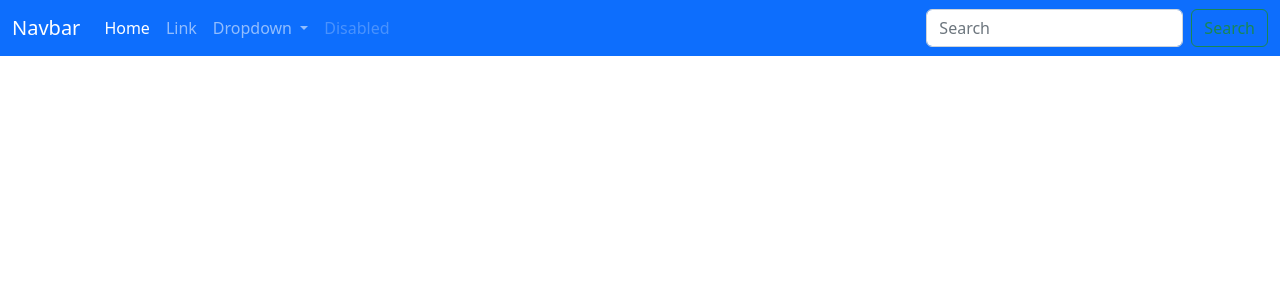
Repository: leosulzbach/Aula
Page: Bootstrap/bootstrap.html
The author's editor kept a copy of each file at every save. The page is drawn from the files as they stood at one save, then again after the next save.
The browser window is 1280 px wide. The pictures show the whole page.

Above is the page before, as saved 2022-05-26 13:46:20.

### Bootstrap/bootstrap.html
<!DOCTYPE html>
<html lang="PT-BR">
<head>
    <meta charset="UTF-8">
    <meta http-equiv="X-UA-Compatible" content="IE=edge">
    <meta name="viewport" content="width=device-width, initial-scale=1.0">
    <link href="https://cdn.jsdelivr.net/npm/bootstrap@5.2.0-beta1/dist/css/bootstrap.min.css" rel="stylesheet" integrity="sha384-0evHe/X+R7YkIZDRvuzKMRqM+OrBnVFBL6DOitfPri4tjfHxaWutUpFmBp4vmVor" crossorigin="anonymous">
    <script src="https://cdn.jsdelivr.net/npm/bootstrap@5.2.0-beta1/dist/js/bootstrap.bundle.min.js" integrity="sha384-pprn3073KE6tl6bjs2QrFaJGz5/SUsLqktiwsUTF55Jfv3qYSDhgCecCxMW52nD2" crossorigin="anonymous"></script>
    <title>Bootstrap</title>
</head>
<body>
    <nav class="navbar navbar-expand-lg navbar-dark bg-primary">
        <div class="container-fluid">
          <a class="navbar-brand" href="#">Navbar</a>
          <button class="navbar-toggler" type="button" data-bs-toggle="collapse" data-bs-target="#navbarSupportedContent" aria-controls="navbarSupportedContent" aria-expanded="false" aria-label="Toggle navigation">
            <span class="navbar-toggler-icon"></span>
          </button>
          <div class="collapse navbar-collapse" id="navbarSupportedContent">
            <ul class="navbar-nav me-auto mb-2 mb-lg-0">
              <li class="nav-item">
                <a class="nav-link active" aria-current="page" href="#">Home</a>
              </li>
              <li class="nav-item">
                <a class="nav-link" href="#">Link</a>
              </li>
              <li class="nav-item dropdown">
                <a class="nav-link dropdown-toggle" href="#" id="navbarDropdown" role="button" data-bs-toggle="dropdown" aria-expanded="false">
                  Dropdown
                </a>
                <ul class="dropdown-menu" aria-labelledby="navbarDropdown">
                  <li><a class="dropdown-item" href="#">Action</a></li>
                  <li><a class="dropdown-item" href="#">Another action</a></li>
                  <li><hr class="dropdown-divider"></li>
                  <li><a class="dropdown-item" href="#">Something else here</a></li>
                </ul>
              </li>
              <li class="nav-item">
                <a class="nav-link disabled">Disabled</a>
              </li>
            </ul>
            <form class="d-flex" role="search">
              <input class="form-control me-2" type="search" placeholder="Search" aria-label="Search">
              <button class="btn btn-outline-success" type="submit">Search</button>
            </form>
          </div>
        </div>
      </nav>
</body>
</html>

After the next save:
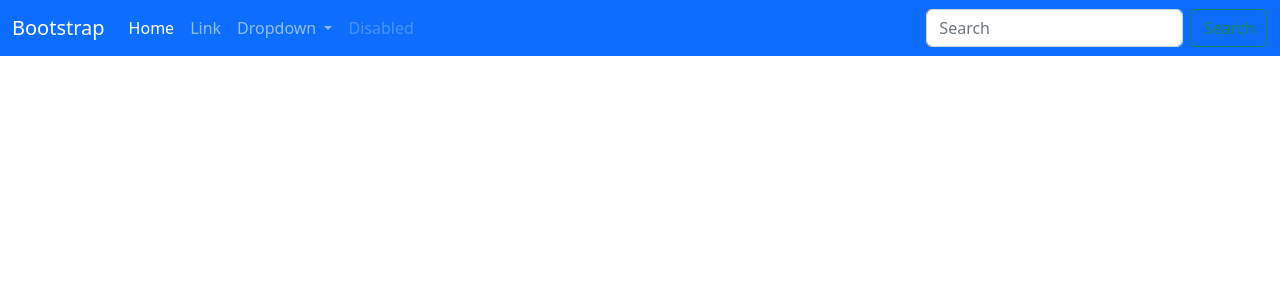
Saved 3 min 21 s later.
--- a/Bootstrap/bootstrap.html
+++ b/Bootstrap/bootstrap.html
@@ -11,7 +11,7 @@
 <body>
     <nav class="navbar navbar-expand-lg navbar-dark bg-primary">
         <div class="container-fluid">
-          <a class="navbar-brand" href="#">Navbar</a>
+          <a class="navbar-brand" href="#">Bootstrap</a>
           <button class="navbar-toggler" type="button" data-bs-toggle="collapse" data-bs-target="#navbarSupportedContent" aria-controls="navbarSupportedContent" aria-expanded="false" aria-label="Toggle navigation">
             <span class="navbar-toggler-icon"></span>
           </button>
